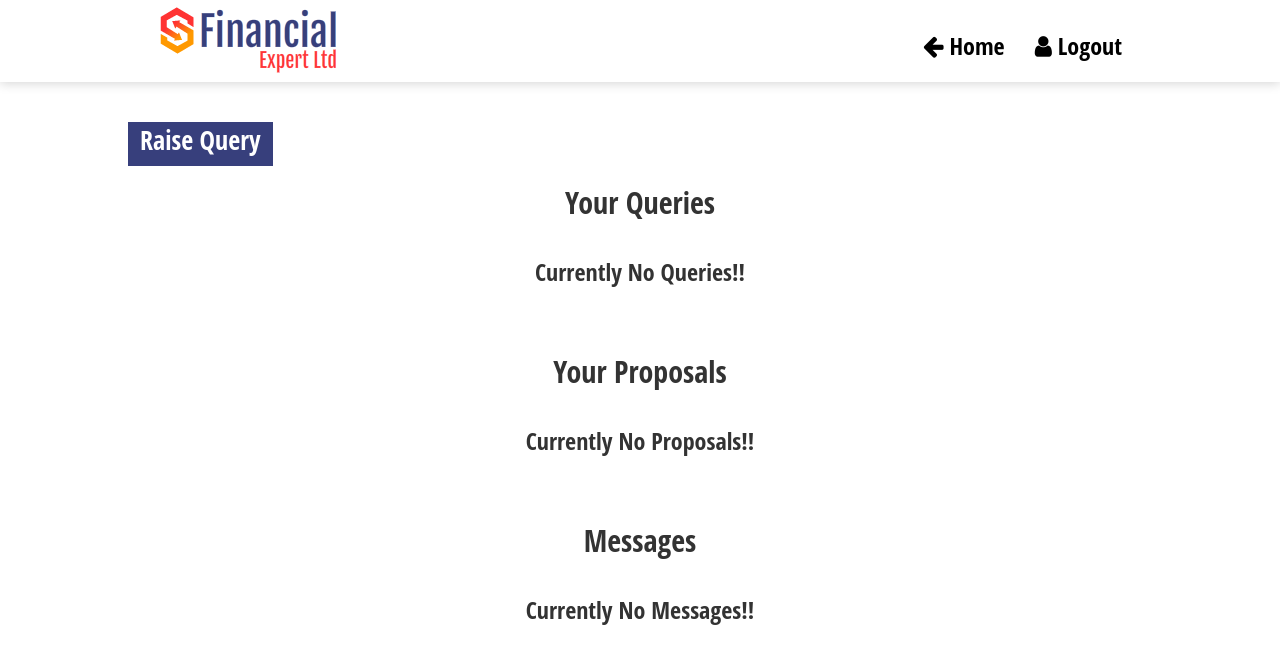
Repository: intkhabahmed/AcceleratedBootcampWebsites
Page: http://localhost/BenefitsCards/UI/profile.jsp
These files come from the project's save history. The page is drawn as it stood at one moment and after the next save; the edit follows.
The browser window is 1280 px wide. The pictures show the whole page.
Some web fonts or font styles are not loaded; a fallback is used. The page is served by Tomcat 9. Nobody is signed in. The application's start-up code is not run. The template is opened directly, without the code that normally fills it, so the values that code supplies are empty.

Above is the page before, as saved 2018-01-30 05:28:56.

After the next save:
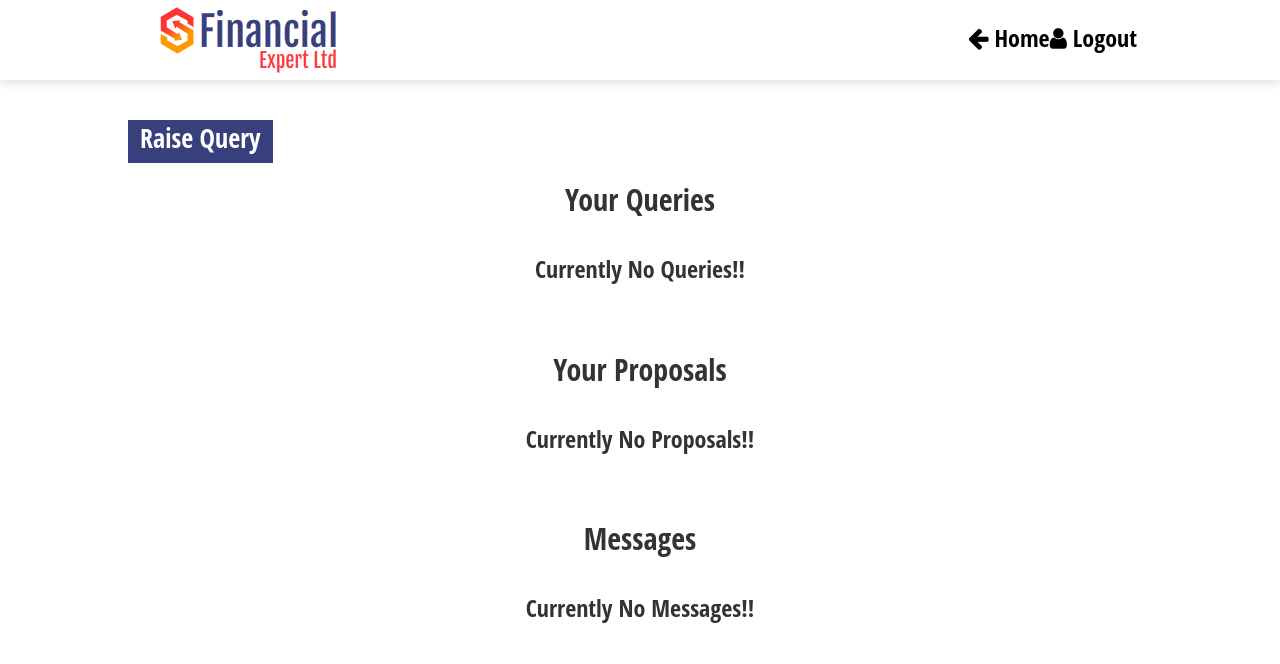
Saved 3 min 48 s later.
--- a/BenefitsCards/WebContent/UI/profile.jsp
+++ b/BenefitsCards/WebContent/UI/profile.jsp
@@ -21,8 +21,8 @@
 			</div>
 			<div class="col-sm-6">
 				<ul class="nav navbar-nav navbar-right">
-					<li><a href="index.html" ><h3><i class="fa fa-arrow-left"></i> Home</h3></a></li>
-					<li><a href="logout.html" ><h3><i class="fa fa-user"></i> Logout</h3></a></li>
+					<li><h3><a href="index.html" ><i class="fa fa-arrow-left"></i> Home</a></h3></li>
+					<li><h3><a href="logout.html" ><i class="fa fa-user"></i> Logout</a></h3></li>
 				</ul>
 			</div>
 		</div>
